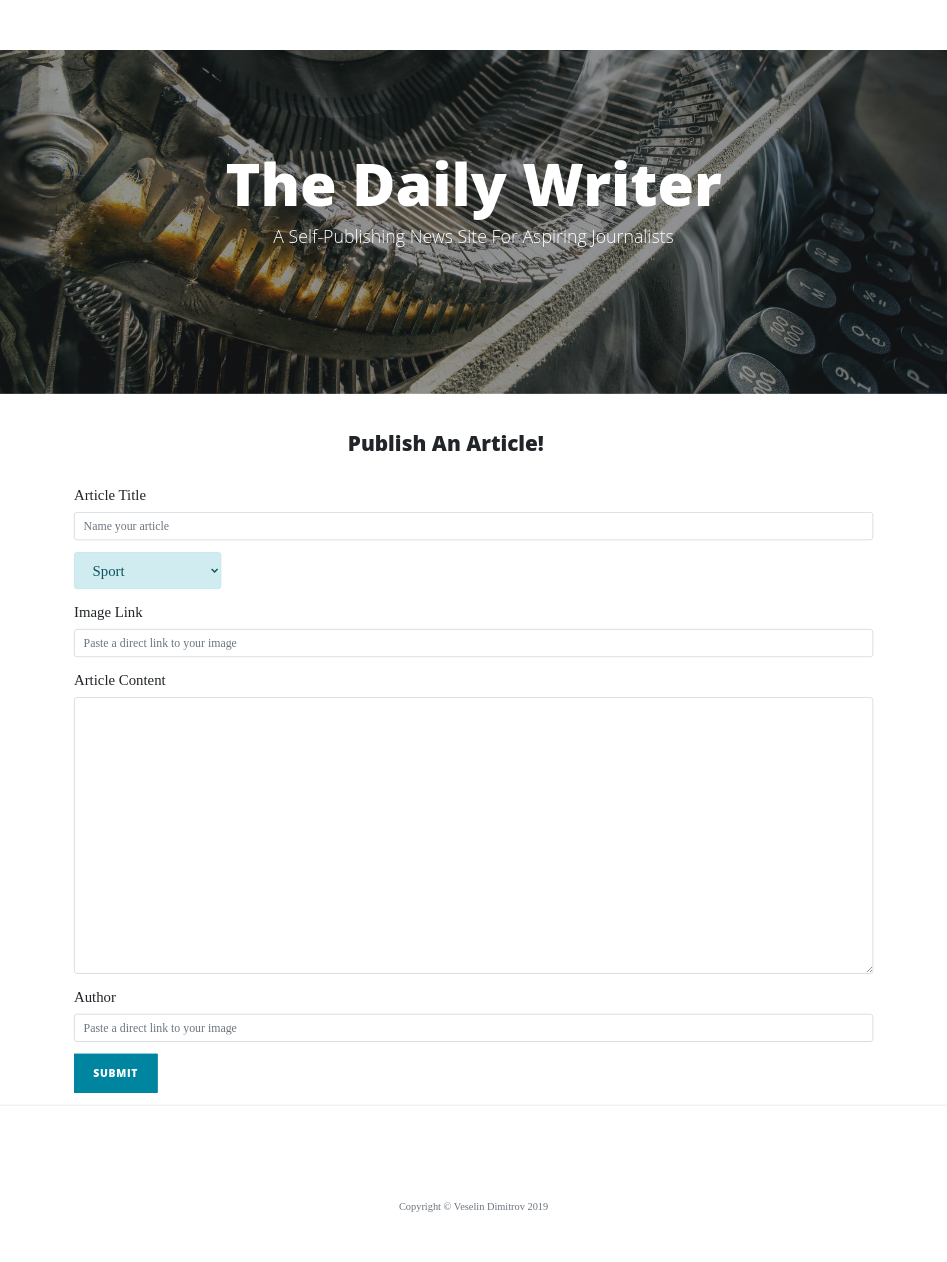
Repository: Vesss/Blog-Project
Page: http://localhost/post
The author's editor kept a record of every edit. The page is drawn from the files as they stood at one moment, then again after the next edit.
The browser window is 1280 px wide. The pictures show the whole page, at 74% of full size.
The page is served by the project's application, run on Flask 3 (app.py). Other server files are loaded and not shown.

Above is the page before.

### templates/post.html
{% extends 'base.html' %} {{ mongo.db.getCollectionNames() }} {% block content %}

<div class="container">
    <div class="row justify-content-center">
        <h3 class="col-sm-4">Publish An Article!</h3>
    </div>
</div>

<br />

<div class="container">
    <div class="row">
        <form action="" method="POST" class="col-sm-12">
            <div class="form-group">
                <label for="article">Article Title</label>
                <input type="text" class="form-control" placeholder="Name your article" name="title">
            </div>
            <!--<div class="dropdown form-group">-->
            <!--    <button class="btn btn-secondary dropdown-toggle" type="button" id="dropdownMenuButton" data-toggle="dropdown" aria-haspopup="true" aria-expanded="false">Category</button>-->
            <!--    <div class="dropdown-menu" aria-labelledby="dropdownMenuButton" id="category" name="category">-->
            <!--        <option class="dropdown-item" disabled>Select a category</option>-->
            <!--        <option name="sport">Sport</option>-->
            <!--        <option name="general_news">General News</option>-->
            <!--        <option name="health">Health</option>-->
            <!--        <option name="technology">Technology</option>-->
            <!--        <option name="fashion">Fashion</option>-->
            <!--    </div>-->
            <!--</div>-->

            <select name="category" class="alert alert-info">
                <option class="dropdown-item" disabled>Select a category</option>
                <option value="sport">Sport</option>
                <option value="general_news">General News</option>
                <option value="health">Health</option>
                <option value="technology">Technology</option>
                <option value="fashion">Fashion</option>
            </select>

            <div class="form-group">
                <label for="image">Image Link</label>
                <input type="text" class="form-control" placeholder="Paste a direct link to your image" name="url">
            </div>
            <div class="form-group">
                <label for="exampleFormControlTextarea1">Article Content</label>
                <textarea class="form-control" id="exampleFormControlTextarea1" rows="15" name="content"></textarea>
            </div>
            <div class="form-group">
                <label for="image">Author</label>
                <input type="text" class="form-control" placeholder="Paste a direct link to your image" name="author">
            </div>
            <button type="submit" class="btn btn-primary">Submit</button>
        </form>
    </div>
</div>
{% endblock %}

### templates/base.html
<!DOCTYPE html>
<html lang="en">
<head>
    <meta charset="UTF-8">
    <meta name="viewport" content="width=device-width, initial-scale=1.0">
    <meta http-equiv="X-UA-Compatible" content="ie=edge">
    <link rel="stylesheet" href="{{ url_for('static', filename='vendor/bootstrap/css/bootstrap.min.css') }}" type="text/css" />
    <link rel="stylesheet" href="{{ url_for('static', filename='css/clean-blog.min.css') }}" type="text/css" />
    <link rel="stylesheet" href="{{ url_for('static', filename='css/style.css') }}" type="text/css" />
    <title>The Daily Writer</title>
</head>
<body>
    <nav class="navbar navbar-expand-lg navbar-light fixed-top" id="mainNav">
    <div class="container">
      <a class="navbar-brand" href="{{ url_for('index') }}">The Daily Writer</a>
      <button class="navbar-toggler navbar-toggler-right" type="button" data-toggle="collapse" data-target="#navbarResponsive" aria-controls="navbarResponsive" aria-expanded="false" aria-label="Toggle navigation">
        Menu
        <i class="fas fa-bars"></i>
      </button>
      <div class="collapse navbar-collapse" id="navbarResponsive">
        <ul class="navbar-nav ml-auto">
          <li class="nav-item">
            <a class="nav-link" href="{{ url_for('index') }}">Home</a>
          </li>
          <li class="nav-item">
            <a class="nav-link" href="{{ url_for('about') }}">About</a>
          </li>
          <li class="nav-item">
            <a class="nav-link" href="{{ url_for('post') }}">Post</a>
          </li>
          <li class="nav-item">
            <a class="nav-link" href="{{ url_for('contact') }}">Contact Us</a>
          </li>
          <li class="nav-item">
            <a class="nav-link" href="{{ url_for('articles') }}">Articles</a>
          </li>
        </ul>
      </div>
    </div>
  </nav>

  <!-- Page Header -->
  <header class="masthead" style="background-image: url('{{ url_for('static', filename='img/the_engine_of_history.jpg') }}')">
    <div class="overlay"></div>
    <div class="container">
      <div class="row">
        <div class="col-lg-8 col-md-10 mx-auto">
          <div class="site-heading">
            <h1>The Daily Writer</h1>
            <span class="subheading">A Self-Publishing News Site For Aspiring Journalists</span>
          </div>
        </div>
      </div>
    </div>
  </header>

  <!-- Main Content -->
  <div class="container">

    {% block content %}
    {% endblock %}

  </div>

  <hr>

  <!-- Footer -->
  <footer>
    <div class="container">
      <div class="row">
        <div class="col-lg-8 col-md-10 mx-auto">
          <ul class="list-inline text-center">
            <li class="list-inline-item">
              <a href="#">
                <span class="fa-stack fa-lg">
                  <i class="fas fa-circle fa-stack-2x"></i>
                  <i class="fab fa-twitter fa-stack-1x fa-inverse"></i>
                </span>
              </a>
            </li>
            <li class="list-inline-item">
              <a href="#">
                <span class="fa-stack fa-lg">
                  <i class="fas fa-circle fa-stack-2x"></i>
                  <i class="fab fa-facebook-f fa-stack-1x fa-inverse"></i>
                </span>
              </a>
            </li>
            <li class="list-inline-item">
              <a href="#">
                <span class="fa-stack fa-lg">
                  <i class="fas fa-circle fa-stack-2x"></i>
                  <i class="fab fa-github fa-stack-1x fa-inverse"></i>
                </span>
              </a>
            </li>
          </ul>
          <p class="copyright text-muted">Copyright &copy; Veselin Dimitrov 2019</p>
        </div>
      </div>
    </div>
  </footer>

  <!-- Bootstrap core JavaScript -->
  <script src="{{ url_for('static', filename='vendor/jquery/jquery.min.js') }}"></script>
  <script src="{{ url_for('static', filename='vendor/bootstrap/js/bootstrap.bundle.min.js') }}"></script>

  <!-- Custom scripts for this template -->
  <script src="{{ url_for('static', filename='js/clean-blog.min.js') }}"></script>

</body>
</html>

### app.py
import os
from flask import Flask, render_template, redirect, request, url_for
from flask_pymongo import PyMongo
from bson.objectid import ObjectId
from flask_mail import Mail
from flask_mail import Message


app = Flask(__name__)

app.config["MONGO_DBNAME"] = "blog_project"
app.config["MONGO_URI"] = "mongodb+srv://root:maniac93@myfirstcluster-ilypv.mongodb.net/blog_project?retryWrites=true&w=majority"
app.config["DEBUG"] = True
app.config["TESTING"] = False
app.config["MAIL_SERVER"] = "smtp.gmail.com"
app.config["MAIL_PORT"] = 587
app.config["MAIL_USE_TLS"] = True
app.config["MAIL_USE_SSL"] = False
# app.config["MAIL_DEBUG"] = True
app.config["MAIL_USERNAME"] = None
app.config["MAIL_PASSWORD"] = None
app.config["MAIL_DEFAULT_SENDER"] = "blitzermann4@gmail.com"
app.config["MAIL_MAX_EMAILS"] = 5
app.config["MAIL_SUPPRESS_SEND"] = False
app.config["MAIL_ASCII_ATTACHMENTS"] = False

mail = Mail(app)

mongo = PyMongo(app)

@app.route("/")
def index():
    return render_template("index.html")

@app.route("/about")
def about():
    return render_template("about.html", about=mongo.db.about_information.find())

@app.route("/contact")
def contact():
    return render_template("contact.html")

@app.route("/post", methods=["GET", "POST"])
def post():
	if request.method == 'POST':
		#get all the data sent up
		data = request.form.to_dict()
		#print it out to see it got sent properly
		print(data)
		# will look at adding to database next if data is sent up ok

		# dict to store new entry to database
		# will need to use keys you have in collection .. i named them title category etc
		new_item = {
			'title': request.form.get('title'),
			'author': request.form.get('author'),
			'url': request.form.get('url'),
			'content': request.form.get('content')
		}
		print(new_item)
		# need to get the category so can create the database string below
		category=request.form.get('category')
		print("category", category)
		# this should insert into the right collection eg sport health
		# if not will have to use if statements or switch
		mongo.db[category].insert_one(new_item)

		return redirect('articles')
	else:
		return render_template('post.html')

# @app.route("/add_article")
# def add_article():

@app.route("/articles")
def articles():
    return render_template("articles.html")

@app.route("/sports_page")
def sports_page():
	return render_template("sports_page.html")

@app.route("/general_news_page")
def general_news_page():
	return render_template("general_news.html")

@app.route("/technology_page")
def technology_page():
	return render_template("technology_page.html")

@app.route("/fashion_page")
def fashion_page():
	return render_template("fashion_page.html")

@app.route("/health_page")
def health_page():
	return render_template("health_page.html")

@app.route("/send", methods=["GET", "POST"])
def send():
    msg = Message("Hi there", recipients=["ves.dimitrov121@gmail.com"])
    mail.send(msg)
    if request.method == "POST":
        return 'Form posted.'
    elif request.method == "GET":
        return render_template('contact.html')


if __name__ == "__main__":
    app.run(host=os.environ.get("IP"),
            port=int(os.environ.get("PORT")),
            debug=True)

### static/css/style.css
.contact-form{
    background:rgba(0,0,0, .3);
    color:white;
    margin-top: 100px;
    padding: 20px;
    box-shadow: 0px 0px 10px 3px grey;
}

hr {
    background: white;
}

Loaded but not shown: static/css/clean-blog.min.css (library); static/js/clean-blog.min.js (common file)

After the next edit:
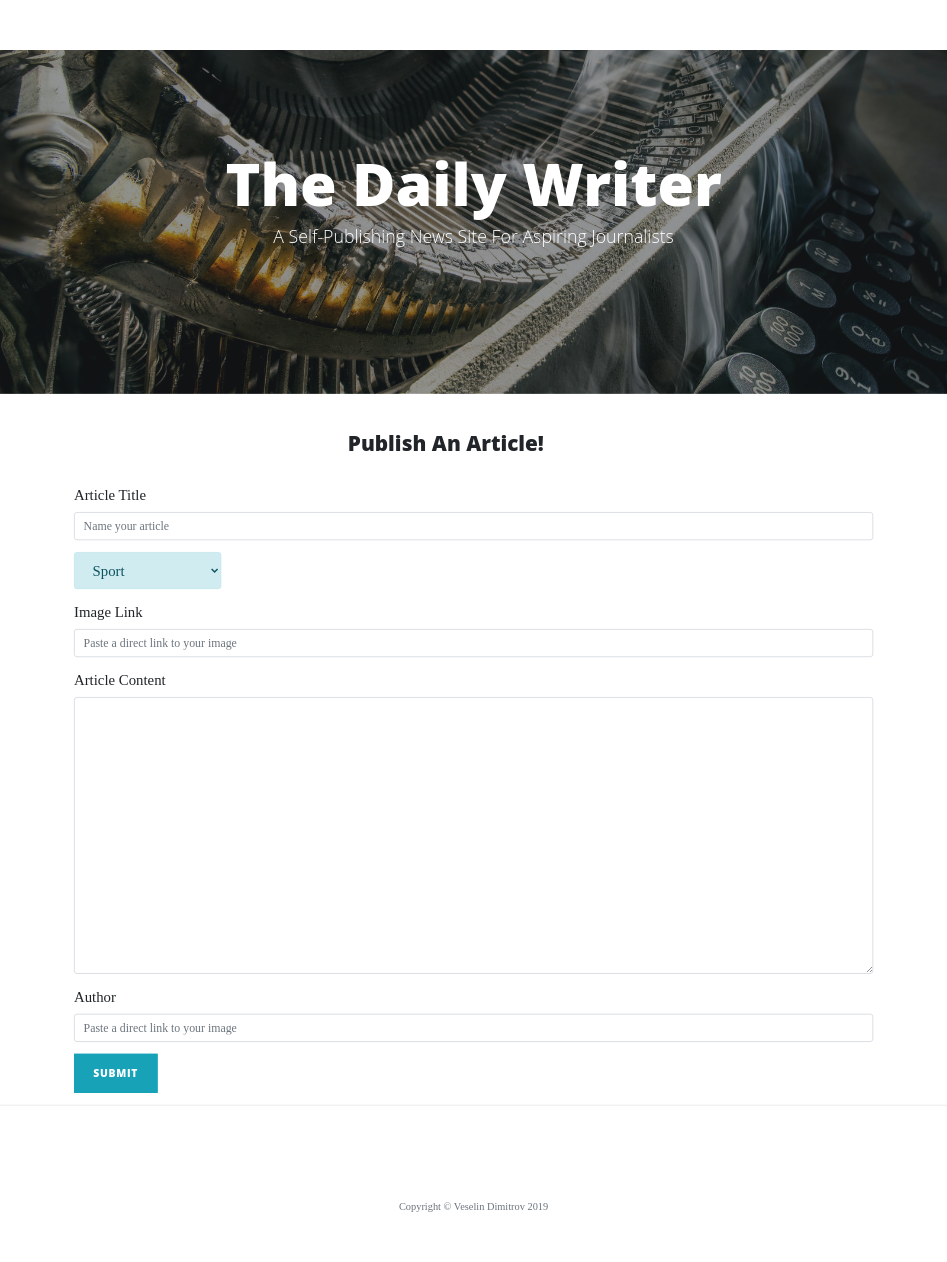
The edit:
--- a/templates/post.html
+++ b/templates/post.html
@@ -48,7 +48,7 @@
                 <label for="image">Author</label>
                 <input type="text" class="form-control" placeholder="Paste a direct link to your image" name="author">
             </div>
-            <button type="submit" class="btn btn-primary">Submit</button>
+            <button type="submit" class="btn btn-info">Submit</button>
         </form>
     </div>
 </div>
